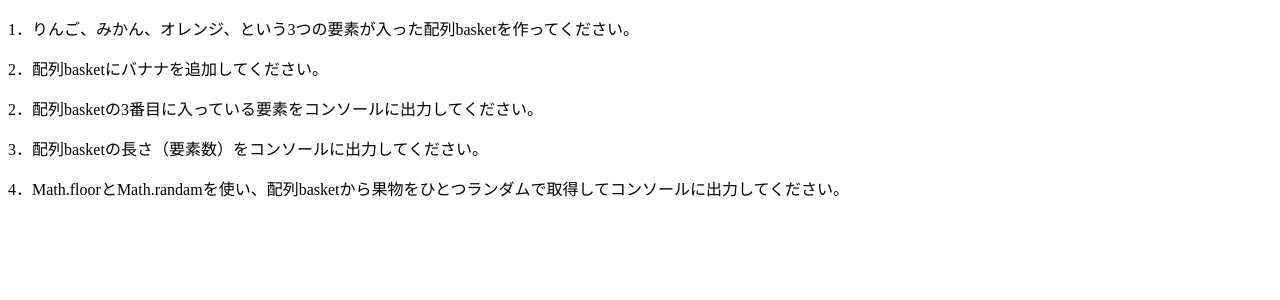
Repository: myojosamurai/Samurai_JS-
Page: javascript1/shukudai3-1.html
The author's editor kept a record of every edit. The page is drawn from the files as they stood at one moment, then again after the next edit.
The browser window is 1280 px wide. The pictures show the whole page.

Above is the page before.

### javascript1/shukudai3-1.html
<!DOCTYPE html>
<html lang="ja">
  <head>
    <meta charset="utf-8">
    <title>3章宿題</title>
<body>
    <p>1．りんご、みかん、オレンジ、という3つの要素が入った配列basketを作ってください。</p>
    <p>2．配列basketにバナナを追加してください。</p>
    <p>2．配列basketの3番目に入っている要素をコンソールに出力してください。</p>
    <p>3．配列basketの長さ（要素数）をコンソールに出力してください。</p>
    <p>4．Math.floorとMath.randamを使い、配列basketから果物をひとつランダムで取得してコンソールに出力してください。</p>
    <script>
       const basket = ['りんご','みかん','オレンジ'];
       basket.push('バナナ');
       console.log(basket[2]);
       console.log(basket.length);
       const rnd = Math.floor(Math.random() * basket.length);
       console.log(basket[rnd]);
    </script>
</body>
</html>

After the next edit:
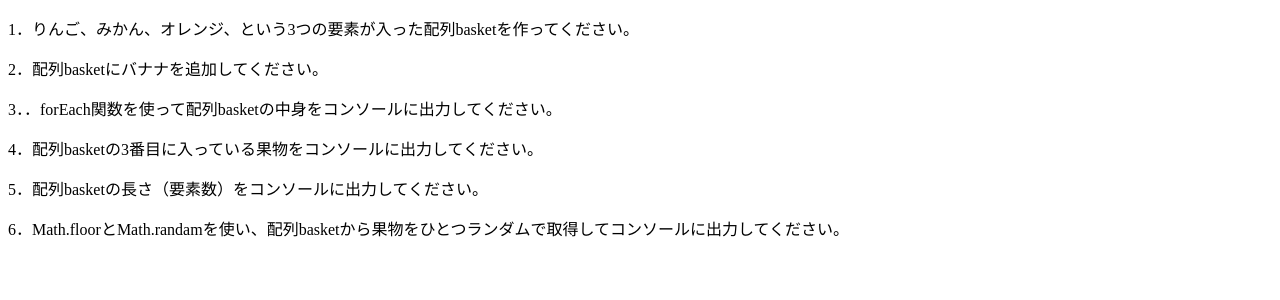
The edit:
--- a/javascript1/shukudai3-1.html
+++ b/javascript1/shukudai3-1.html
@@ -6,9 +6,10 @@
 <body>
     <p>1．りんご、みかん、オレンジ、という3つの要素が入った配列basketを作ってください。</p>
     <p>2．配列basketにバナナを追加してください。</p>
-    <p>2．配列basketの3番目に入っている要素をコンソールに出力してください。</p>
-    <p>3．配列basketの長さ（要素数）をコンソールに出力してください。</p>
-    <p>4．Math.floorとMath.randamを使い、配列basketから果物をひとつランダムで取得してコンソールに出力してください。</p>
+    <p>3．．forEach関数を使って配列basketの中身をコンソールに出力してください。</p>
+    <p>4．配列basketの3番目に入っている果物をコンソールに出力してください。</p>
+    <p>5．配列basketの長さ（要素数）をコンソールに出力してください。</p>
+    <p>6．Math.floorとMath.randamを使い、配列basketから果物をひとつランダムで取得してコンソールに出力してください。</p>
     <script>
        const basket = ['りんご','みかん','オレンジ'];
        basket.push('バナナ');
